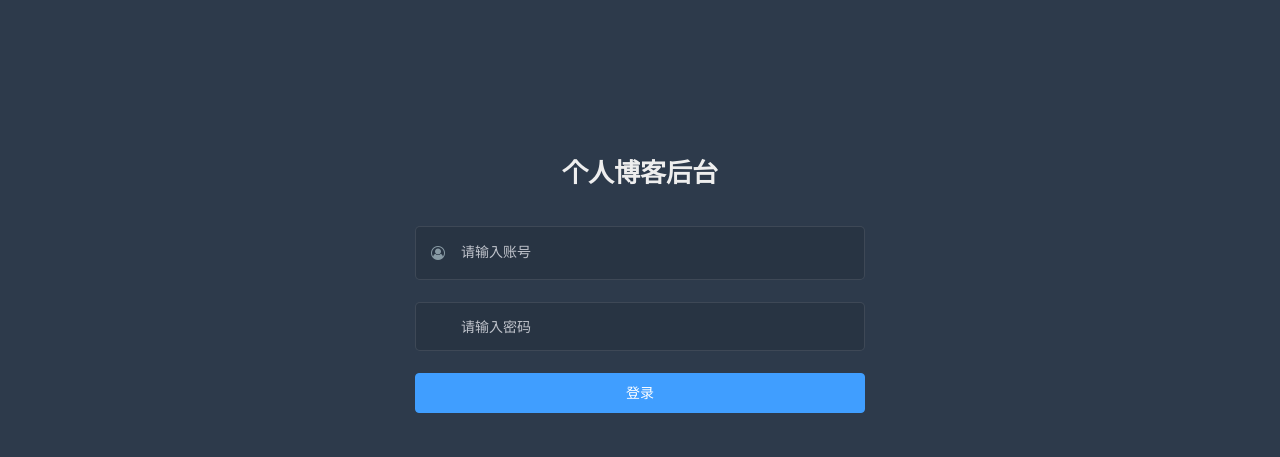
Repository: coWhy/blog-admin
Page: /#/login
These files come from the project's save history. The page is drawn as it stood at one moment and after the next save; the edit follows.
The browser window is 1280 px wide. The pictures show the whole page.
The page's requests for data from a server got no answer. The project was rebuilt for these pictures with package versions that can differ from the ones it lists, and the page was loaded fresh each time. No one was signed in, and anything a server would have sent is missing. Also part of the build but not shown: vue.config.js.

Above is the page before, as saved 2020-04-27 04:09:59.

### public/index.html
<!DOCTYPE html>
<html lang="en">
  <head>
    <meta charset="utf-8">
    <meta http-equiv="X-UA-Compatible" content="IE=edge">
    <meta name="viewport" content="width=device-width,initial-scale=1.0">
    <link rel="icon" href="<%= BASE_URL %>favicon.ico">
    <title><%= htmlWebpackPlugin.options.title %></title>
    <script type="text/javascript" src="./live2dw/lib/L2Dwidget.min.js"></script>
  </head>
  <body>
    <noscript>
      <strong>We're sorry but <%= htmlWebpackPlugin.options.title %> doesn't work properly without JavaScript enabled. Please enable it to continue.</strong>
    </noscript>
    <div id="app"></div>
    <!-- built files will be auto injected -->
  </body>
</html>

### src/main.js
import Vue from 'vue'
import App from './App.vue'
import router from './router'
import store from './store'
// 全局配置样式
import '@/assets/scss/reset.scss'
// 引入icon库
import '@/assets/font-awesome-4.7.0/css/font-awesome.css'
Vue.config.productionTip = false
// 第三方包
import ElementUI from 'element-ui'
import 'element-ui/lib/theme-chalk/index.css'
// 自定义注册全局插件
import http from '@/utils/http' // 自定义全局axios
Vue.use(ElementUI)
Vue.use(http)

new Vue({
  router,
  store,
  render: h => h(App)
}).$mount('#app')

### src/router/index.js
import Vue from 'vue'
import VueRouter from 'vue-router'
//当我们重复点击路由导航菜单的时候控制台会报错，错误的缘由是因为 vue-router 版本太新 解决办法
const originalPush = VueRouter.prototype.push
VueRouter.prototype.push = function push(location) {
  return originalPush.call(this, location).catch(err => err)
}
Vue.use(VueRouter)

const routes = [
  {
    path: '/login',
    name: 'login',
    component: () => import('@/views/login/index')
  },
  {
    path: '/',
    component: () => import('@/views/layout'),
    children: [
      {
        path: '/home',
        name: 'home',
        component: () => import('@/views/home')
      },
      {
        path: '/user',
        name: 'user',
        component: () => import('@/views/user')
      },
      {
        path: '/type',
        name: 'type',
        component: () => import('@/views/type')
      }
    ]
  }
]

const router = new VueRouter({
  routes
})

export default router

### src/store/index.js
import Vue from 'vue'
import Vuex from 'vuex'
import tag from './modules/tag'
import user from './modules/user'
Vue.use(Vuex)

export default new Vuex.Store({
  state: {},
  mutations: {},
  actions: {},
  modules: {
    tag,
    user
  }
})

### src/utils/http.js
// 自定义开发插件
import axios from 'axios'
import { getAccessToken } from '@/utils/auth'
import { MessageBox, Message } from 'element-ui'
const MyHttpServer = {}

MyHttpServer.install = Vue => {
  // 基准地址
  axios.defaults.baseURL = process.env.VUE_APP_BASE_API
  axios.defaults.timeout = 3000
  // 添加请求拦截器 token拦截
  axios.interceptors.request.use(
    config => {
      // 从cookie中拿出登录时候存放的访问token
      const accessToken = getAccessToken()
      if (accessToken) {
        config.headers['Authorization'] = accessToken
      }
      return config
    },
    error => {
      return Promise.reject(error)
    }
  )
  // 响应拦截
  axios.interceptors.response.use(
    response => {
      //  此处对不同状态码 进行不同的操作 比如404 跳转页面等
      const res = response.data
      // 假如访问不成功 就返回错误信息给前端 后端访问成功码为 0
      if (res.code && res.code !== 0) {
        Message({
          message: res.msg || '访问错误',
          type: 'error',
          duration: 5 * 1000
        })
      }

      return res
    },
    error => {
      return Promise.reject(error)
    }
  )
  Vue.prototype.$http = axios
}
export default MyHttpServer

### src/assets/scss/_variable.scss
// 全局配置样式 修改主题颜色
$theme-color: #33aef0;

// header部分
$header-bg-color:#626e85  // 头部背景色

### src/views/login/index.vue
<template>
  <div class="login-container">
    <el-form
      ref="loginForm"
      :model="loginForm"
      :rules="loginRules"
      class="login-form"
      auto-complete="on"
      label-position="left"
    >
      <div class="title-container">
        <h3 class="title">个人博客后台</h3>
      </div>

      <el-form-item prop="username">
        <span class="svg-container">
          <i class="fa fa-user-circle-o" aria-hidden="true"></i>
        </span>
        <el-input
          ref="username"
          v-model="loginForm.username"
          placeholder="请输入账号"
          name="username"
          type="text"
          tabindex="1"
          auto-complete="on"
        />
      </el-form-item>

      <el-form-item prop="password">
        <span class="svg-container">
          <svg-icon icon-class="password" />
        </span>
        <el-input
          :key="passwordType"
          ref="password"
          v-model="loginForm.password"
          :type="passwordType"
          placeholder="请输入密码"
          name="password"
          tabindex="2"
          auto-complete="on"
          @keyup.enter.native="handleLogin"
        />
        <span class="show-pwd" @click="showPwd">
          <svg-icon
            :icon-class="passwordType === 'password' ? 'eye' : 'eye-open'"
          />
        </span>
      </el-form-item>

      <el-button
        :loading="loading"
        type="primary"
        style="width:100%;margin-bottom:30px;"
        @click.native.prevent="handleLogin"
        >登录</el-button
      >
    </el-form>
  </div>
</template>

<script>
import { validUsername } from '@/utils/validate'

export default {
  name: 'Login',
  data() {
    const validateUsername = (rule, value, callback) => {
      if (!validUsername(value)) {
        callback(new Error('请输入用户名'))
      } else {
        callback()
      }
    }
    const validatePassword = (rule, value, callback) => {
      if (value.length < 5) {
        callback(new Error('密码不能小于5位数'))
      } else {
        callback()
      }
    }
    return {
      loginForm: {
        username: '',
        password: ''
      },
      loginRules: {
        username: [
          { required: true, trigger: 'blur', validator: validateUsername }
        ],
        password: [
          { required: true, trigger: 'blur', validator: validatePassword }
        ]
      },
      loading: false,
      passwordType: 'password',
      redirect: undefined
    }
  },
  watch: {
    $route: {
      handler: function(route) {
        this.redirect = route.query && route.query.redirect
      },
      immediate: true
    }
  },
  methods: {
    showPwd() {
      if (this.passwordType === 'password') {
        this.passwordType = ''
      } else {
        this.passwordType = 'password'
      }
      this.$nextTick(() => {
        this.$refs.password.focus()
      })
    },
    handleLogin() {}
  }
}
</script>

<style lang="scss">
/* 修复input 背景不协调 和光标变色 */
/* Detail see https://github.com/PanJiaChen/vue-element-admin/pull/927 */

$bg: #283443;
$light_gray: #fff;
$cursor: #fff;

@supports (-webkit-mask: none) and (not (cater-color: $cursor)) {
  .login-container .el-input input {
    color: $cursor;
  }
}

/* reset element-ui css */
.login-container {
  .el-input {
    display: inline-block;
    height: 47px;
    width: 85%;

    input {
      background: transparent;
      border: 0px;
      -webkit-appearance: none;
      border-radius: 0px;
      padding: 12px 5px 12px 15px;
      color: $light_gray;
      height: 47px;
      caret-color: $cursor;

      &:-webkit-autofill {
        box-shadow: 0 0 0px 1000px $bg inset !important;
        -webkit-text-fill-color: $cursor !important;
      }
    }
  }

  .el-form-item {
    border: 1px solid rgba(255, 255, 255, 0.1);
    background: rgba(0, 0, 0, 0.1);
    border-radius: 5px;
    color: #454545;
  }
}
</style>

<style lang="scss" scoped>
$bg: #2d3a4b;
$dark_gray: #889aa4;
$light_gray: #eee;

.login-container {
  min-height: 100%;
  width: 100%;
  background-color: $bg;
  overflow: hidden;

  .login-form {
    position: relative;
    width: 520px;
    max-width: 100%;
    padding: 160px 35px 0;
    margin: 0 auto;
    overflow: hidden;
  }

  .tips {
    font-size: 14px;
    color: #fff;
    margin-bottom: 10px;

    span {
      &:first-of-type {
        margin-right: 16px;
      }
    }
  }

  .svg-container {
    padding: 6px 5px 6px 15px;
    color: $dark_gray;
    vertical-align: middle;
    width: 30px;
    display: inline-block;
  }

  .title-container {
    position: relative;

    .title {
      font-size: 26px;
      color: $light_gray;
      margin: 0px auto 40px auto;
      text-align: center;
      font-weight: bold;
    }
  }

  .show-pwd {
    position: absolute;
    right: 10px;
    top: 7px;
    font-size: 16px;
    color: $dark_gray;
    cursor: pointer;
    user-select: none;
  }
}
</style>

### src/store/modules/tag.js
export default {
  state: {
    isCollapse: false, // 是否折叠菜单 默认展开
    menuList: [], // 菜单列表
    curMenu: null, // 点击选中的菜单
    tagList: [
      // 首页是不可关闭的
      {
        path: '/',
        name: 'home',
        title: '首页',
        icon: 'el-icon-s-home'
      }
    ] // 存放tags 点击后 就存到里面去
  },
  mutations: {
    /**
     * 将选中的menu赋值 给curMenu
     * @param {*} state
     * @param {*} selectedMenu 点击选中的菜单
     */
    getSelectedMenu(state, selectedMenu) {
      if (selectedMenu.name !== 'home') {
        state.curMenu = selectedMenu
        let result = state.tagList.findIndex(
          item => item.name === selectedMenu.name
        )
        if (result === -1) {
          // 没找到这个tag 就放进tagList
          state.tagList.push(selectedMenu)
        }
      } else {
        state.curMenu = null
      }
    },
    /**
     * 关闭已经打开的菜单
     * @param {*} state
     * @param {*} selectedTag 打开的菜单
     */
    closeSelectedTag(state, selectedTag) {
      let result = state.tagList.findIndex(
        item => item.name === selectedTag.name
      )
      state.tagList.splice(result, 1)
    },
    // 关闭 或 展开左侧菜单栏
    collapseAsideMenu(state) {
      state.isCollapse = !state.isCollapse
    }
  },
  actions: {}
}

### src/store/modules/user.js
import cookie from 'js-cookie'
export default {
  state: {
    accessToken: '', // 访问token
    refreshToken: '', // 刷新token
    username: '', // 用户名
    avatar: '' // 头像
  },
  mutations: {
    // 保存accessToken使用
    setAccessToken(state, accessToken) {
      state.accessToken = accessToken
      cookie.set('accessToken', accessToken)
    },
    getAccessToken(state) {
      state.accessToken = cookie.get('accessToken')
    },
    // 保存 refreshToken
    setRefreshToken(state, refreshToken) {
      state.refreshToken = refreshToken
      cookie.set('refreshToken', refreshToken)
    },
    getRefreshToken(state) {
      state.refreshToken = cookie.get('refreshToken')
    },
    // 保存用户名
    setUsername(state, username) {
      state.username = username
      cookie.set('username', username)
    },
    getUsername(state) {
      state.username = cookie.get('username')
    },
    //保存头像
    setAvatar(state, avatar) {
      state.avatar = avatar
      cookie.set('avatar', avatar)
    },
    getAvatar(state) {
      state.avatar = cookie.get('avatar')
    },
    // 清除tokens 退出时候使用
    clearTokens(state) {
      state.accessToken = ''
      state.refreshToken = ''
      state.username = ''
      state.refreshToken = ''
      cookie.remove('accessToken')
      cookie.remove('refreshToken')
      cookie.remove('username')
      cookie.remove('avatar')
    }
  }
}

### src/utils/auth.js
import cookie from 'js-cookie'
// 获取访问token
export function getAccessToken() {
  return cookie.get('accessToken')
}

Loaded but not shown: src/App.vue (common file); src/assets/scss/reset.scss (common file); src/assets/font-awesome-4.7.0/css/font-awesome.css (library); src/utils/validate.js (common file); public/live2dw/lib/L2Dwidget.min.js (library)

After the next save:
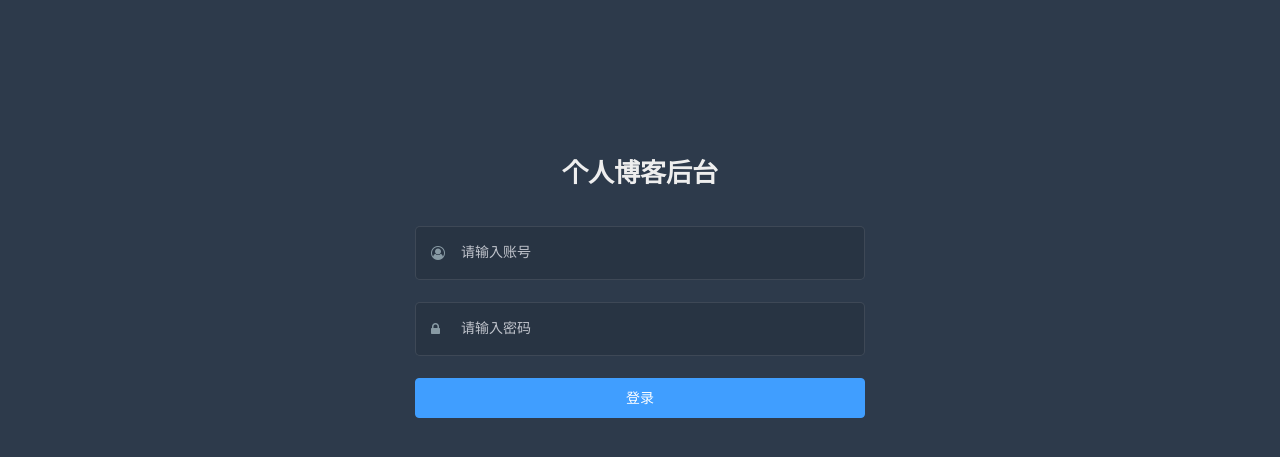
Saved 77 s later.
--- a/src/views/login/index.vue
+++ b/src/views/login/index.vue
@@ -29,7 +29,7 @@
 
       <el-form-item prop="password">
         <span class="svg-container">
-          <svg-icon icon-class="password" />
+          <i class="fa fa-lock" aria-hidden="true"></i>
         </span>
         <el-input
           :key="passwordType"
